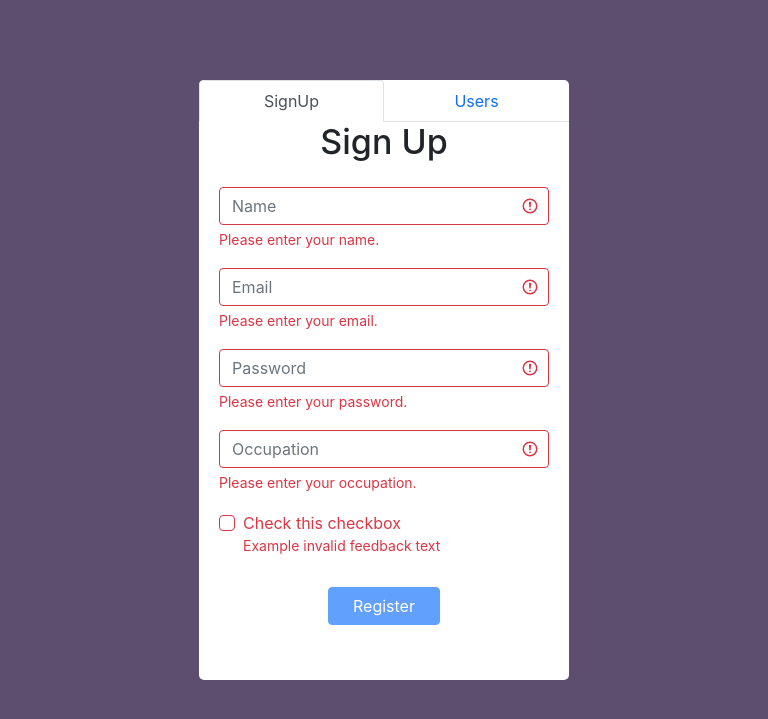
Repository: asadalibest1/SignUp-from
Page: /
The author's editor kept a copy of each file at every save. The page is drawn from the files as they stood at one save, then again after the next save.
The browser window is 768 px wide. The pictures show the whole page.
The project was rebuilt for these pictures with package versions that can differ from the ones it lists, and the page was loaded fresh each time.

Above is the page before, as saved 2021-02-07 23:18:12.

### public/index.html
<!DOCTYPE html>
<html lang="en">
  <head>
    <meta charset="utf-8" />
    <link rel="icon" href="%PUBLIC_URL%/favicon.png" />
    <meta name="viewport" content="width=device-width, initial-scale=1" />
    <meta name="theme-color" content="#000000" />
    <meta
      name="description"
      content="Web site created using create-react-app"
    />
    <link rel="apple-touch-icon" href="%PUBLIC_URL%/logo192.png" />
    <!--
      manifest.json provides metadata used when your web app is installed on a
      user's mobile device or desktop. See https://developers.google.com/web/fundamentals/web-app-manifest/
    -->
    <link rel="manifest" href="%PUBLIC_URL%/manifest.json" />
    <!--
      Notice the use of %PUBLIC_URL% in the tags above.
      It will be replaced with the URL of the `public` folder during the build.
      Only files inside the `public` folder can be referenced from the HTML.

      Unlike "/favicon.ico" or "favicon.ico", "%PUBLIC_URL%/favicon.ico" will
      work correctly both with client-side routing and a non-root public URL.
      Learn how to configure a non-root public URL by running `npm run build`.
    -->
    <!-- Bootstrap -->
    <link href="https://cdn.jsdelivr.net/npm/bootstrap@5.0.0-beta1/dist/css/bootstrap.min.css" rel="stylesheet" integrity="sha384-giJF6kkoqNQ00vy+HMDP7azOuL0xtbfIcaT9wjKHr8RbDVddVHyTfAAsrekwKmP1" crossorigin="anonymous">
    <title>Sign Up</title>
  </head>
  <body>
    <noscript>You need to enable JavaScript to run this app.</noscript>
    <div id="root"></div>
    <!--
      This HTML file is a template.
      If you open it directly in the browser, you will see an empty page.

      You can add webfonts, meta tags, or analytics to this file.
      The build step will place the bundled scripts into the <body> tag.

      To begin the development, run `npm start` or `yarn start`.
      To create a production bundle, use `npm run build` or `yarn build`.
    -->
    <script src="https://cdn.jsdelivr.net/npm/bootstrap@5.0.0-beta1/dist/js/bootstrap.bundle.min.js" integrity="sha384-ygbV9kiqUc6oa4msXn9868pTtWMgiQaeYH7/t7LECLbyPA2x65Kgf80OJFdroafW" crossorigin="anonymous"></script>
  </body>
</html>

### src/index.css
body {
  margin: 0;
  font-family: -apple-system, BlinkMacSystemFont, 'Segoe UI', 'Roboto', 'Oxygen',
    'Ubuntu', 'Cantarell', 'Fira Sans', 'Droid Sans', 'Helvetica Neue',
    sans-serif;
  -webkit-font-smoothing: antialiased;
  -moz-osx-font-smoothing: grayscale;
  background-color: #5D4E6D;
}

code {
  font-family: source-code-pro, Menlo, Monaco, Consolas, 'Courier New',
    monospace;
}

### src/App.js
import React from 'react'
import App1 from "./components/App1/App1"

export default function App() {
  return (
    <div>
      <App1 />
    </div>
  )
}

### src/components/App1/App1.js
import React from 'react'
import Tabs from '../Tabs/Tabs'

export default function App1() {
    return (
        <div>
            <Tabs />
        </div>
    )
}

### src/features/counter/counterSlice.js
import { createSlice } from '@reduxjs/toolkit';

export const counterSlice = createSlice({
  name: 'counter',
  initialState: {
    value: 0,
  },
  reducers: {
    increment: state => {
      // Redux Toolkit allows us to write "mutating" logic in reducers. It
      // doesn't actually mutate the state because it uses the Immer library,
      // which detects changes to a "draft state" and produces a brand new
      // immutable state based off those changes
      state.value += 1;
    },
    decrement: state => {
      state.value -= 1;
    },
    incrementByAmount: (state, action) => {
      state.value += action.payload;
    },
  },
});

export const { increment, decrement, incrementByAmount } = counterSlice.actions;

// The function below is called a thunk and allows us to perform async logic. It
// can be dispatched like a regular action: `dispatch(incrementAsync(10))`. This
// will call the thunk with the `dispatch` function as the first argument. Async
// code can then be executed and other actions can be dispatched
export const incrementAsync = amount => dispatch => {
  setTimeout(() => {
    dispatch(incrementByAmount(amount));
  }, 1000);
};

// The function below is called a selector and allows us to select a value from
// the state. Selectors can also be defined inline where they're used instead of
// in the slice file. For example: `useSelector((state) => state.counter.value)`
export const selectCount = state => state.counter.value;

export default counterSlice.reducer;

### src/components/Tabs/Tabs.js
import React from 'react'
import SignUp from "../SignUp/SignUp"
import Users from "../Users/Users"
import "./Tabs.css"

export default function Tabs() {
    return (
        <div className="tabs-main">
            <div className="tabs">

                <ul className="nav nav-tabs" id="myTab" role="tablist">
                    <li className="nav-item text-center w-50" role="presentation">
                        <a className="nav-link active" id="signUp-tab" data-bs-toggle="tab" href="#signUp" role="tab" aria-controls="signUp" aria-selected="true">SignUp</a>
                    </li>
                    <li className="nav-item text-center w-50" role="presentation">
                        <a className="nav-link" id="users-tab" data-bs-toggle="tab" href="#users" role="tab" aria-controls="users" aria-selected="false">Users</a>
                    </li>
                </ul>
                <div className="tab-content" id="myTabContent">
                    <div className="tab-pane fade show active" id="signUp" role="tabpanel" aria-labelledby="signUp-tab">
                        <SignUp />
                    </div>
                    <div className="tab-pane fade" id="users" role="tabpanel" aria-labelledby="users-tab">

                        <Users />
                    </div>
                </div>


            </div>
        </div>
    )
}

### src/components/SignUp/SignUp.js
import React from 'react'
import "./SignUp.css"

export default function SignUp() {
    return (
        <div className="SignUp">
          <h2 className="text-center">Sign Up</h2>

<form className="was-validated">

  <div className="mb-3">
    <input type="name" className="form-control" id="validationTextarea" placeholder="Name" required />
    <div className="invalid-feedback">
      Please enter your name.
    </div>
  </div>

  <div className="mb-3">
    <input type="email" className="form-control" id="validationTextarea" placeholder="Email" required />
    <div className="invalid-feedback">
      Please enter your email.
    </div>
  </div>

  <div className="mb-3">
    <input type="password" className="form-control" id="validationTextarea" placeholder="Password" required />
    <div className="invalid-feedback">
      Please enter your password.
    </div>
  </div>

  <div className="mb-3">
    <input type="occupation" className="form-control" id="validationTextarea" placeholder="Occupation" required />
    <div className="invalid-feedback">
      Please enter your occupation.
    </div>
  </div>


  <div className="radioButton form-check mb-3">
    <input type="checkbox" className="form-check-input" id="validationFormCheck1" required />
    <label className="form-check-label" for="validationFormCheck1">Check this checkbox</label>
    <div className="invalid-feedback">Example invalid feedback text</div>
  </div>


  <div className="mb-3 text-center">
    <button className="btn btn-primary px-4" type="submit" disabled >Register</button>
  </div>
</form>
        </div>
    )
}

### src/components/Users/Users.js
import React from 'react'
import "./Users.css"

export default function Users() {
    return (
        <div className="users">

<div  className="tabpanel" role="tabpanel">
    <div className="panel-coloumn mt-3">
  <div className="list-group" id="myList" role="tablist">

    <a className="list-group-item list-group-item-action active" data-bs-toggle="list" href="#home" role="tab">Home</a>

  </div>
  </div>

  <div className="tab-content">

    <div className="tab-pane active" id="home" role="tabpanel">

    <ul className="list-group list-group-flush">
              <li className="list-group-item">Name: </li>
              <li className="list-group-item">Email: </li>
              <li className="list-group-item">Password: </li>
              <li className="list-group-item">Occupation: </li>
            </ul>


    </div>

  </div>
</div>
        </div>
    )
}

### src/components/Tabs/Tabs.css
.tabs{
    width: 370px;
    height: 75vh;
    background-color: white;
    margin: auto auto;
    margin-top: 10vh;
    border-radius: 5px;
    overflow: hidden;
}

### src/components/SignUp/SignUp.css
.SignUp form{
    margin: 20px;
}
.SignUp form > div{
    /* border: 1px solid black; */
    height: 60px;
}

.SignUp form .radioButton{
    /* border: 1px solid black; */
    height: 45px;
}
.radioButton div{
    /* border: 1px solid black; */
    margin: 0;
}

@media (max-width: 800px) {
    .SignUp form{
        margin-top: 3vh;
    }
    .SignUp h2 {
        font-size: 34px;
    }
    .SignUp form > div{
        height: 65px;
    }
    .SignUp form button{
        margin-top: 15px;
    }

}

### src/components/Users/Users.css
.users .tabpanel{
    display: flex;
    flex-direction: row;
    overflow: auto;
}
.users .tabpanel a{
    border-radius: 0;
}

.users .tab-content{
    height: fit-content;
    margin-top: 20px;
    margin-left: 20px;
}

.panel-coloumn{
    border-right: 1px solid rgb(240, 223, 223);
    height: 500px;
    width: 120px;
}

Loaded but not shown: src/index.js (common file); src/app/store.js (common file); src/serviceWorker.js (common file)

After the next save:
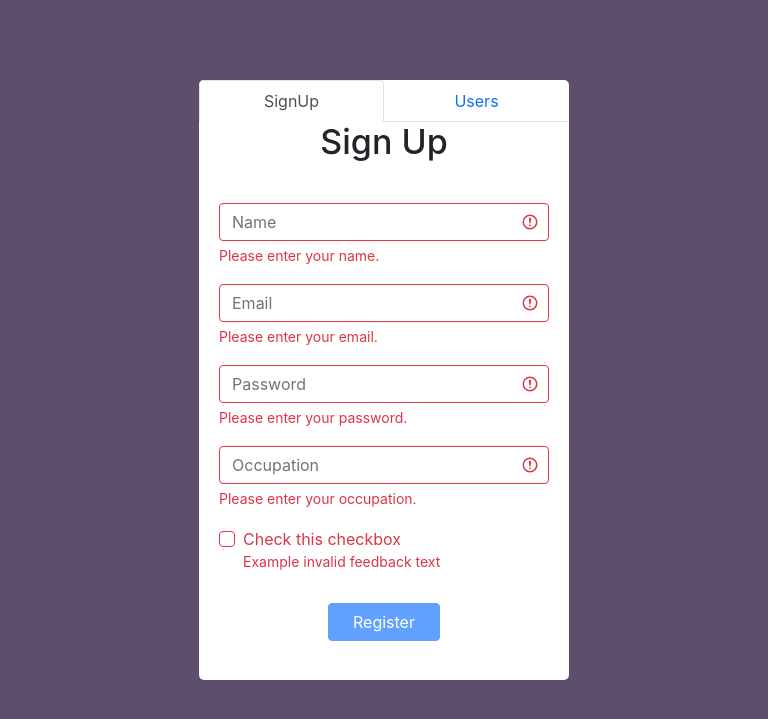
Saved 4 s later.
--- a/src/components/SignUp/SignUp.css
+++ b/src/components/SignUp/SignUp.css
@@ -17,7 +17,7 @@
 
 @media (max-width: 800px) {
     .SignUp form{
-        margin-top: 3vh;
+        margin-top: 5vh;
     }
     .SignUp h2 {
         font-size: 34px;

After the save that followed:
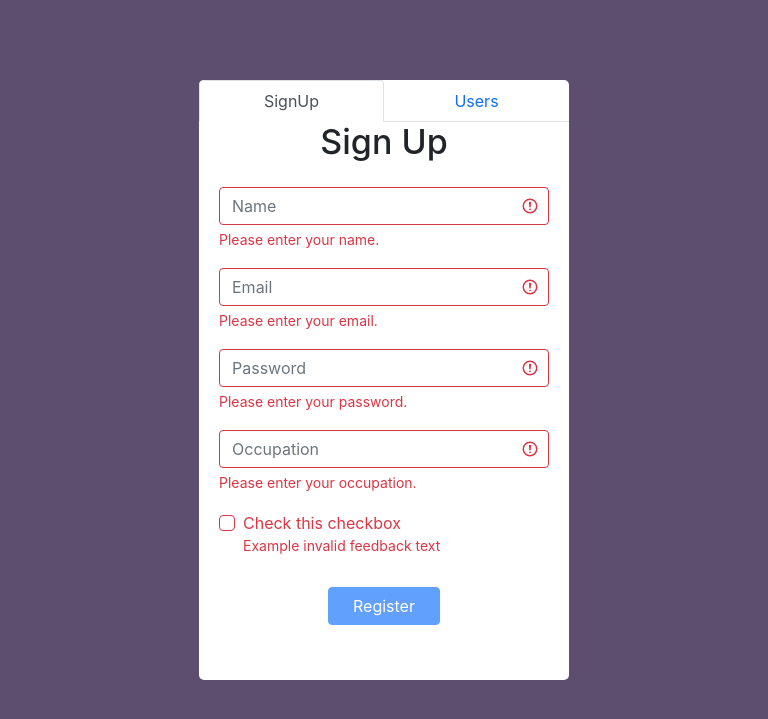
Saved 4 s later.
--- a/src/components/SignUp/SignUp.css
+++ b/src/components/SignUp/SignUp.css
@@ -17,7 +17,7 @@
 
 @media (max-width: 800px) {
     .SignUp form{
-        margin-top: 5vh;
+        margin-top: 3vh;
     }
     .SignUp h2 {
         font-size: 34px;
